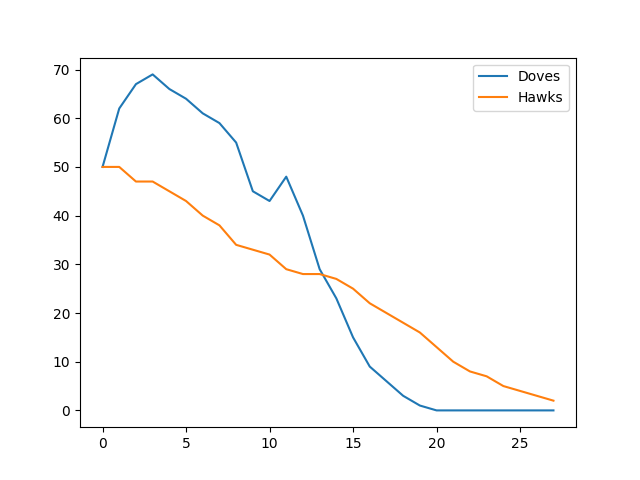
Repository: PatLaCisay/python-hawkdove-master
Script's output: python hawkdove.py
The author's editor kept a copy of each file at every save. The script's output is drawn from the files as they stood at one save, then again after the next save.
Random numbers start from a fixed seed.

Above is the script's output before, as saved 2023-03-07 15:03:20.

### hawkdove.py
#!/usr/bin/python
from random import choice, randint
from time import perf_counter
from pylab import plot, show, legend

STARTING_DOVES = 50
STARTING_HAWKS = 50
STARTING_POPULATION = STARTING_HAWKS + STARTING_DOVES

ROUNDS = 50
STARTING_ENERGY = 100

MIN_FOOD_PER_ROUND = 40
MAX_FOOD_PER_ROUND = 70

ENERGY_REQUIRED_FOR_REPRODUCTION = 40
ENERGY_LOSS_FROM_FIGHTING = 50
ENERGY = 5

ENERGY_REQUIRED_FOR_LIVING = 10

STATUS_ACTIVE = "active"
STATUS_ASLEEP = "asleep"

TYPE_HAWK = "hawk"
TYPE_DOVE = "dove"

agents = []

# Graph stuff
graph_hawk_points = []
graph_dove_points = []

# Profiling


class Agent:
	id = 0
	agent_type = None
	status = STATUS_ACTIVE
	energy = STARTING_ENERGY


def main():
	init()
	current_round = 1
	death_count = 0
	dead_hawks  = 0
	dead_doves  = 0
	breed_count = 0
	main_tic = perf_counter()

	while current_round <= ROUNDS and len(agents) > 2 :
		if(getAgentCountByType(TYPE_DOVE)+getAgentCountByType(TYPE_HAWK)>=20000):
				break

		tic = perf_counter()
		awakenAgents()

		food = getFood()
		if (current_round==1) :
			round_dead_hawks=0
			round_dead_doves=0
			round_hawk_babies=0
			round_dove_babies=0
		else:
			# This could be optimized further by creating a list every time
			# that only has active agents, so it isn't iterating over entire list every time
			while True:
				agent, nemesis = getRandomAgents()
				if agent is None or nemesis is None:
					break
				compete(agent, nemesis, food)


			round_dead_hawks, round_dead_doves = cull()
			death_count += (round_dead_hawks + round_dead_doves)

		toc = perf_counter()

		print("ROUND %d" % current_round)
		print("Food produced          : %d" % food)
		print("Population             : Hawks-> %d, Doves-> %d" % (getAgentCountByType(TYPE_HAWK), getAgentCountByType(TYPE_DOVE)))
		print("Dead hawks             : %d" % round_dead_hawks)
		print("Dead doves             : %d" % round_dead_doves)
		print("Hawk babies            : %s" % round_hawk_babies)
		print("Dove babies            : %s" % round_dove_babies)
		print("Hawks                  : %s" % getPercByType(TYPE_HAWK))
		print("Doves                  : %s" % getPercByType(TYPE_DOVE))
		print("----")
		print("Round Processing time  : %s" % getTimeFormatted(toc - tic))
		print("Elapsed time           : %s\n" % getTimeFormatted(perf_counter() - main_tic))

		# Plot
		graph_hawk_points.append(getAgentCountByType(TYPE_HAWK))
		graph_dove_points.append(getAgentCountByType(TYPE_DOVE))

		current_round += 1


	main_toc = perf_counter()

	print("=============================================================")
	print("Total dead agents      : %d" % death_count)
	print("Total breeding agents  : %d" % breed_count)
	print("Total rounds completed : %d" % (current_round - 1))
	print("Total population size  : %s" % len(agents))
	print("Hawks                  : %s" % getPercByType(TYPE_HAWK))
	print("Doves                  : %s" % getPercByType(TYPE_DOVE))
	print("Processing time        : %s" % getTimeFormatted(main_toc - main_tic))
	print("=============================================================")


def init():

	for x in range(0,STARTING_DOVES):
		a = Agent()
		a.agent_type = TYPE_DOVE
		agents.append(a)

	for x2 in range(0,STARTING_HAWKS):
		a2 = Agent()
		a2.agent_type = TYPE_HAWK
		agents.append(a2)


def getAvgFromList(list):
	return float( sum(list) / len(list) )


def getTimeFormatted(seconds):
	m, s = divmod(seconds, 60)
	return "%02d:%02d" % (m, s)


def getFood():
	return randint(MIN_FOOD_PER_ROUND, MAX_FOOD_PER_ROUND)


def getPercByType(agent_type):
	perc = float(getAgentCountByType(agent_type)) / float(len(agents))
	return '{percent:.2%}'.format(percent=perc)


def getAliveAgentsCount():
	return getAgentCountByStatus(STATUS_ACTIVE) + getAgentCountByStatus(STATUS_ASLEEP)


def getRandomAgents():
	nemesis = None
	active_agents = list(generateAgentsByStatus(STATUS_ACTIVE))
	if len(active_agents) < 2:
		return None, None
	max_index = len(active_agents) - 1
	agent = active_agents[ randint(0, max_index) ]
	while nemesis is None:
		n = active_agents[ randint(0, max_index) ]
		if n is not agent:
			nemesis = n

	return agent, nemesis


def awakenAgents():
	for agent in agents:
		agent.status = STATUS_ACTIVE


def generateAgentsByType(agent_type):
	for agent in agents:
		if agent.agent_type == agent_type:
			yield agent


def generateAgentsByStatus(status):
	for agent in agents:
		if agent.status == status:
			yield agent


def getEnergyFromFood(food):
	return food # 1 to 1


def getAgentCountByStatus(status):
	count = len( list(generateAgentsByStatus(status)) )
	return count


def getAgentCountByType(agent_type):
	return len( list(generateAgentsByType(agent_type)) )


def compete(agent, nemesis, food):
	winner = choice([agent, nemesis])
	loser = agent if (winner is nemesis) else nemesis

	if agent.agent_type == TYPE_HAWK and nemesis.agent_type == TYPE_HAWK:
		if getAgentCountByType(TYPE_HAWK)/(getAgentCountByType(TYPE_HAWK)+getAgentCountByType(TYPE_DOVE)) > 0.28:
			winner.energy += getEnergyFromFood(food) - ENERGY_LOSS_FROM_FIGHTING
			loser.energy  -= ENERGY_LOSS_FROM_FIGHTING
		else :
			winner.energy -= ENERGY
			loser.energy -= ENERGY
			breed(winner)

	if agent.agent_type == TYPE_HAWK and nemesis.agent_type == TYPE_DOVE:
		agent.energy += getEnergyFromFood(food) - ENERGY_LOSS_FROM_FIGHTING
		nemesis.energy -= ENERGY_LOSS_FROM_FIGHTING

	if agent.agent_type == TYPE_DOVE and nemesis.agent_type == TYPE_HAWK:
		nemesis.energy += getEnergyFromFood(food) - ENERGY_LOSS_FROM_FIGHTING
		agent.energy -= ENERGY_LOSS_FROM_FIGHTING

	if agent.agent_type == TYPE_DOVE and nemesis.agent_type == TYPE_DOVE:
		agent.energy += getEnergyFromFood(food)/2 - ENERGY
		nemesis.energy += getEnergyFromFood(food)/2 - ENERGY
		breed(winner)

	nemesis.status = agent.status = STATUS_ASLEEP


def getNewAgent(agent_type, starting_energy=STARTING_ENERGY, status=STATUS_ASLEEP):
	agent = Agent()
	agent.agent_type = agent_type
	agent.status = status
	agent.energy = starting_energy
	return agent


def breed(agent):
		if agent.energy > ENERGY_REQUIRED_FOR_REPRODUCTION:
			agent.energy /= 2

			if agent.agent_type == TYPE_DOVE:
				baby_agent = getNewAgent(agent.agent_type, (agent.energy/2))
				agents.append(baby_agent)

			if (agent.agent_type == TYPE_HAWK):
				baby_agent = getNewAgent(agent.agent_type, (agent.energy/2))
				agents.append(baby_agent)



"""
def count_breeds():

	hawk_babies = 0
	dove_babies = 0
	for agent in agents:
		if agent.energy > ENERGY_REQUIRED_FOR_REPRODUCTION:
			baby_agent_a = getNewAgent(agent.agent_type, (agent.energy/2))
			baby_agent_b = getNewAgent(agent.agent_type, (agent.energy/2))

			agents.append(baby_agent_b)
			agents.append(baby_agent_a)

			agent.energy /= 2

			if agent.agent_type == TYPE_DOVE: dove_babies += 4
			if (agent.agent_type == TYPE_HAWK):

				if randint(0,100)==1 :
					hawk_babies += 1


	return hawk_babies, dove_babies
"""
def cull():

	dead_hawks = 0
	dead_doves = 0
	for index, agent in enumerate(agents):
		if agent.energy < ENERGY_REQUIRED_FOR_LIVING:
			if agent.agent_type == TYPE_DOVE: dead_doves += 1
			if agent.agent_type == TYPE_HAWK: dead_hawks += 1
			del agents[index]


	return dead_hawks, dead_doves


main()
plot(graph_dove_points, label="Doves")
plot(graph_hawk_points, label="Hawks")
legend()

show()

After the next save:
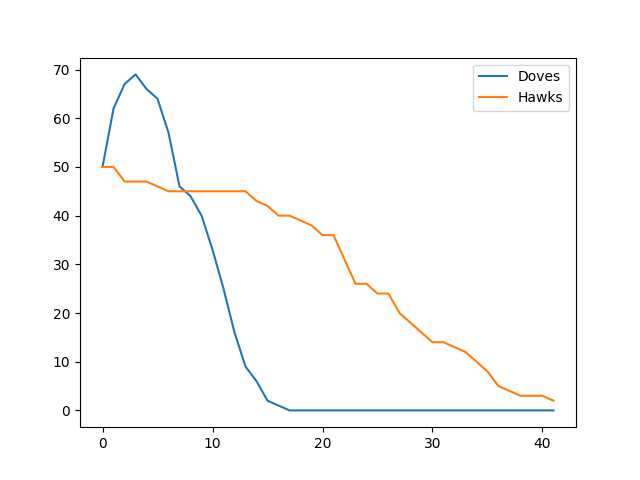
Saved 79 s later.
--- a/hawkdove.py
+++ b/hawkdove.py
@@ -205,11 +205,11 @@ def compete(agent, nemesis, food):
 			breed(winner)
 
 	if agent.agent_type == TYPE_HAWK and nemesis.agent_type == TYPE_DOVE:
-		agent.energy += getEnergyFromFood(food) - ENERGY_LOSS_FROM_FIGHTING
+		agent.energy += getEnergyFromFood(food) - ENERGY
 		nemesis.energy -= ENERGY_LOSS_FROM_FIGHTING
 
 	if agent.agent_type == TYPE_DOVE and nemesis.agent_type == TYPE_HAWK:
-		nemesis.energy += getEnergyFromFood(food) - ENERGY_LOSS_FROM_FIGHTING
+		nemesis.energy += getEnergyFromFood(food) - ENERGY
 		agent.energy -= ENERGY_LOSS_FROM_FIGHTING
 
 	if agent.agent_type == TYPE_DOVE and nemesis.agent_type == TYPE_DOVE:
